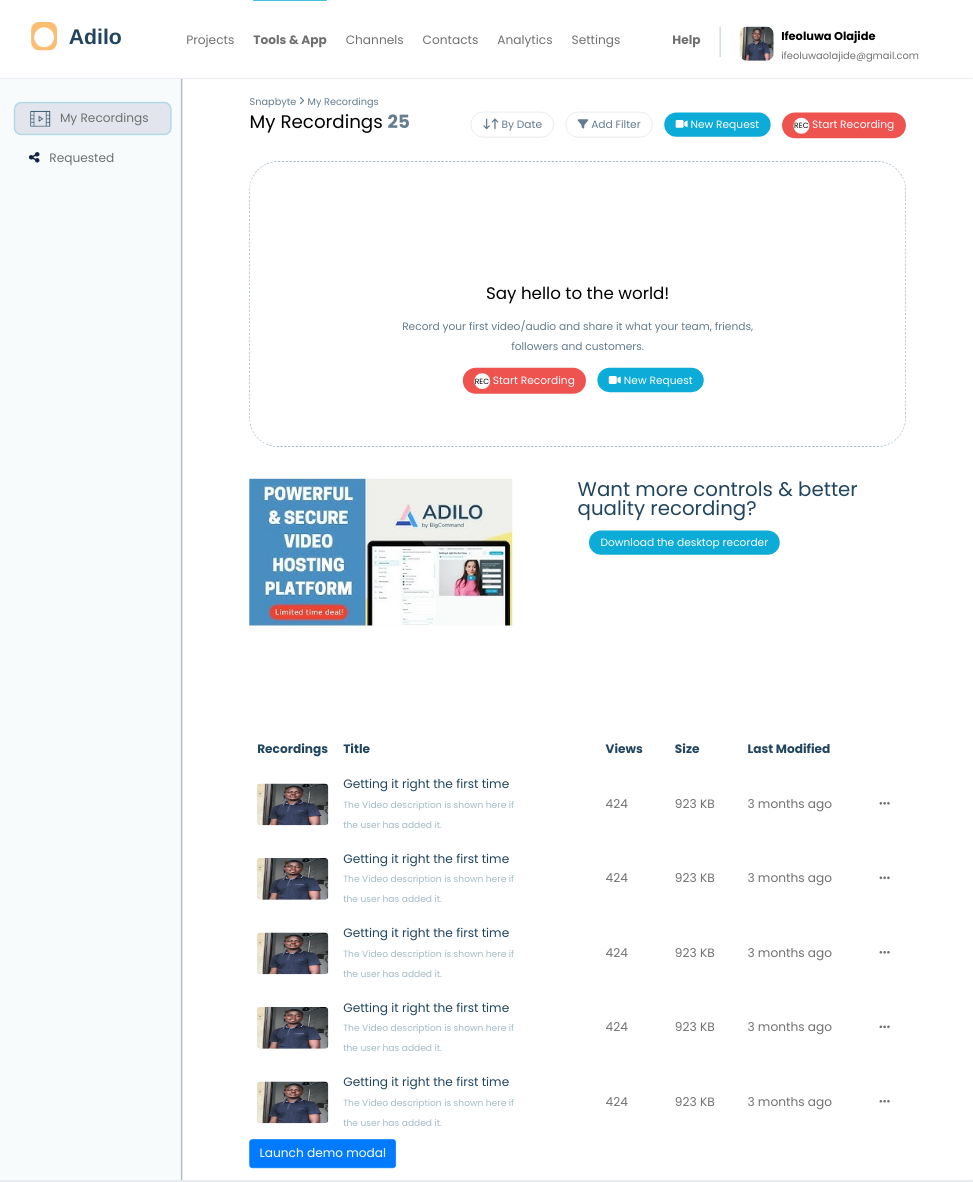
Repository: olhighjay/video_recorder
Page: /
The author's editor kept a copy of each file at every save. The page is drawn from the files as they stood at one save, then again after the next save.
The browser window is 1280 px wide. The pictures show the whole page, at 76% of full size.
Some web libraries are served in a nearby version. The project was rebuilt for these pictures with package versions that can differ from the ones it lists, and the page was loaded fresh each time. Also part of the build but not shown: vue.config.js.

Above is the page before, as saved 2022-07-29 10:18:50.

### public/index.html
<!DOCTYPE html>
<html lang="">
  <head>
    <meta charset="utf-8">
    <meta http-equiv="X-UA-Compatible" content="IE=edge">
    <meta name="viewport" content="width=device-width,initial-scale=1.0">
    <link rel="icon" href="<%= BASE_URL %>favicon.ico">
    <title><%= htmlWebpackPlugin.options.title %></title>
    <link rel="stylesheet" href="https://cdn.jsdelivr.net/npm/bootstrap@4.0.0/dist/css/bootstrap.min.css" integrity="sha384-Gn5384xqQ1aoWXA+058RXPxPg6fy4IWvTNh0E263XmFcJlSAwiGgFAW/dAiS6JXm" crossorigin="anonymous">
    <link rel="stylesheet" href="https://cdnjs.cloudflare.com/ajax/libs/font-awesome/6.1.2/css/all.min.css" integrity="sha512-1sCRPdkRXhBV2PBLUdRb4tMg1w2YPf37qatUFeS7zlBy7jJI8Lf4VHwWfZZfpXtYSLy85pkm9GaYVYMfw5BC1A==" crossorigin="anonymous" referrerpolicy="no-referrer" />
  </head>
  <body>
    <noscript>
      <strong>We're sorry but <%= htmlWebpackPlugin.options.title %> doesn't work properly without JavaScript enabled. Please enable it to continue.</strong>
    </noscript>
    <div id="app"></div>
    <!-- built files will be auto injected -->

    <script src="https://cdnjs.cloudflare.com/ajax/libs/font-awesome/6.1.2/js/all.min.js" integrity="sha512-8pHNiqTlsrRjVD4A/3va++W1sMbUHwWxxRPWNyVlql3T+Hgfd81Qc6FC5WMXDC+tSauxxzp1tgiAvSKFu1qIlA==" crossorigin="anonymous" referrerpolicy="no-referrer"></script>
    <script src="https://code.jquery.com/jquery-3.2.1.slim.min.js" integrity="sha384-KJ3o2DKtIkvYIK3UENzmM7KCkRr/rE9/Qpg6aAZGJwFDMVNA/GpGFF93hXpG5KkN" crossorigin="anonymous"></script>
    <script src="https://cdn.jsdelivr.net/npm/popper.js@1.12.9/dist/umd/popper.min.js" integrity="sha384-ApNbgh9B+Y1QKtv3Rn7W3mgPxhU9K/ScQsAP7hUibX39j7fakFPskvXusvfa0b4Q" crossorigin="anonymous"></script>
    <script src="https://cdn.jsdelivr.net/npm/bootstrap@4.0.0/dist/js/bootstrap.min.js" integrity="sha384-JZR6Spejh4U02d8jOt6vLEHfe/JQGiRRSQQxSfFWpi1MquVdAyjUar5+76PVCmYl" crossorigin="anonymous"></script>
  </body>
</html>

### src/App.vue
<template>
  <!-- <img alt="Vue logo" src="./assets/logo.png"> -->
  <div>
    <navbar></navbar>
    <div id="main-flex">
      <div class="my-sidebar">
        <ul class="my-sidebar-items">
            <li class="sidebar-item-active"> <img src="./assets/video-player.png" alt=""> &nbsp; My Recordings</li>
            <li> <i class="fa fa-share-alt" style="color:#102346"></i> &nbsp; Requested</li>
        </ul>
      </div>
        <div class="my-main">
          <div class="my-main-container">
            <div><small class="breadcrumbs">Snapbyte <i class="fa fa-angle-right" style="font-weight:200"></i> My Recordings</small></div>
            <div class="subheading-tab">
              <div> <span class="my-recordings">My Recordings </span><span class="my-recordings-count">25</span> </div>
              <div>
                <button class="sub-heading-btn white-btn">
                  <i class="fa fa-long-arrow-down" aria-hidden="true"></i>
                  <i class="fa fa-long-arrow-up" aria-hidden="true"></i>
                  By Date
                </button>
                <button class="sub-heading-btn white-btn">
                  <i class="fa-solid fa-filter"></i>
                  Add Filter
                </button>
                <button class="sub-heading-btn blue-btn">
                  <i class="fa fa-video"></i>
                  New Request
                </button>
                <button class="sub-heading-btn red-btn">
                  <span class="rec">REC</span>
                  Start Recording
                </button>
              </div>
            </div>

            <empty-recorded></empty-recorded>

            <data-table></data-table>
            <!-- Button trigger modal -->
<button type="button" class="btn btn-primary" data-toggle="modal" data-target="#recordOptions">
  Launch demo modal
</button>

<!-- Modal -->
<div class="modal fade" id="recordOptions" tabindex="-1" role="dialog" aria-labelledby="recordOptions" aria-hidden="true">
  <div class="modal-dialog modal-dialog-centered" role="document">
    <div class="modal-content">
      <div class="modal-header">
        <h5 class="my-modal-title">New Recording</h5>
        <button type="button" class="close" data-dismiss="modal" aria-label="Close">
          <span aria-hidden="true"><i class="fa fa-xmark"></i></span>
        </button>
      </div>
      <div class="modal-body">
        <p class="save-in">Save the recording in</p>
        <div>
          <select class="save-option">
            <Option value="" key="">Select a project</Option>
            <Option value="" key="">Project 1</Option>
            <Option value="" key="">Project 2</Option>
            <Option value="" key="">Project 3</Option>
            <Option value="" key="">Project 4</Option>
          </select>
        </div>
        <div style="margin-top: 35px;">
          <div class="record">
            <div class="record-name">Record screen</div>
            <div class="record-switch">
              <label class="switch">
                <input type="checkbox">
                <span class="slider round"></span>
              </label>
            </div>
          </div>
          <div class="record">
            <div class="record-name">Record camera</div>
            <div class="record-switch">
              <label class="switch">
                <input type="checkbox">
                <span class="slider round"></span>
              </label>
            </div>
          </div>
          <div class="record">
            <div class="record-name">Record mic</div>
            <div class="record-switch">
              <label class="switch">
                <input type="checkbox">
                <span class="slider round"></span>
              </label>
            </div>
          </div>
        </div>
      </div>
      <div class="text-center">
        <button type="button" class="start-recording-btn">Start Recording</button>
      </div>
    </div>
  </div>
</div>
          </div>
        </div>
    </div>
  </div>
</template>

<script>
// import HelloWorld from './components/HelloWorld.vue'
import Navbar from './layouts/Navbar.vue'
import DataTable from '@/components/DataTable'
import EmptyRecorded from '@/components/EmptyRecorded'

export default {
  name: 'App',
  components: {
    Navbar,
    DataTable,
    EmptyRecorded
  }
}
</script>


<style>
 @import url('https://fonts.googleapis.com/css2?family=Poppins:wght@400;500;700&display=swap');

#main-flex {
  display: flex;
  width: 100%;
}

.my-sidebar {
  flex: 0 0 240px;
  /* width: 20%; */
  /* height: 100%; */
  background-color: #ebf2f656;
  border-right: 2px solid #21455e54;
  /* border-right: 2px solid #21455E; */
  /* width:250px; */
}
.my-sidebar-items {
  list-style: none;
  padding: 20px 0;
}
.my-sidebar-items>li {
  margin : 10px 12px 10px 18px;
  padding: 7px 20px ;
}
.sidebar-item-active {
  background-color: #E2E5ED;
  border: 2px solid #0DABD838;
  border-radius: 10px;
}





.my-main {
  flex: 1;
  flex-wrap: wrap;
}
.my-main-container {
  padding: 1.5% 8.5%;
}
.subheading-tab {
  display: flex;
  justify-content: space-between;
}
.sub-heading-btn {
  padding: 3px 15px;
  border-radius: 20px;
  margin-left: 15px;
  font-size: 14px;
}
.white-btn {
  border: 1px solid #E2E5ED;
  background-color: white;
  color: #637C8E;
}
.blue-btn {
  border: none;
  background-color: #0DABD8;
  color: #fff;
}
.red-btn {
  border: none;
  background-color: #EF5350;
  color: #fff;
}
.my-recordings, .my-recordings-count {
  font-size: 24px;
  color: #000
}
.my-recordings {
  color: #000
}
.my-recordings-count {
  color: #637C8E;
  font-weight: 600;
}
.breadcrumbs {
  color:#637C8E;
}
.rec {
  color:#000;
  background-color:#fff;
  border-radius:50%;
  padding:3px 1px;
  font-size:10px;
}



.save-option {
  width:100%;
  background: #F8FAFB 0% 0% no-repeat padding-box;
  border: 1px solid #E2E5ED;
  border-radius: 8px;
  padding:8px 20px;
}
.modal-dialog {
  max-width: 400px !important;
}
.modal-content {
  padding-bottom: 30px !important;
}
.modal-body {
  padding:30px !important;
}
.my-modal-title {
  color:#000;
  font-size: 22px;
  padding-left: 14px;
}
.record {
  margin-top: 15px;
  display: flex;
  justify-content: space-between;
}
.record-name {
  color: #21455E;
  font-size: 18px;
}
.save-in {
  color:black;
  font-size:16px;
}
.start-recording-btn {
  background: #0DABD8 0% 0% no-repeat padding-box;
  border-radius: 28px;
  font-size:18px;
  padding:5px 55px;
  border: none;
  color:#fff;
}


.switch {
  position: relative;
  top: 10px;
  display: inline-block;
  width: 50px;
  height: 13px;
}

.switch input {
  opacity: 0;
  width: 0;
  height: 0;
}

.slider {
  position: absolute;
  cursor: pointer;
  top: -10px;
  left: 0;
  right: 0;
  bottom: 0;
  background-color: #ccc;
  -webkit-transition: .4s;
  transition: .4s;
}

.slider:before {
  position: absolute;
  content: "";
  height: 15px;
  width: 15px;
  left: 4px;
  bottom: 4px;
  background-color: white;
  -webkit-transition: .4s;
  transition: .4s;
}

input:checked + .slider {
  background-color: #1bd85a;
}

input:focus + .slider {
  box-shadow: 0 0 1px #1bd85a;
}

input:checked + .slider:before {
  -webkit-transform: translateX(26px);
  -ms-transform: translateX(26px);
  transform: translateX(26px);
}

/* Rounded sliders */
.slider.round {
  border-radius: 34px;
}

.slider.round:before {
  border-radius: 50%;
}


#app {
  font-family: Avenir, Helvetica, Arial, sans-serif;
  font: normal normal normal 14px/26px Poppins;
  -webkit-font-smoothing: antialiased;
  -moz-osx-font-smoothing: grayscale;
   /* text-align: center; */
   font-size: 16px;
  color: #707070;
  border-bottom: solid 2px #E2E5ED;
  overflow: hidden;
  /* margin-top: 60px;  */
}


</style>

### src/layouts/Navbar.vue
<template>
    <nav class="">
      <div class="nav-logo-area">
        <div class="nav-logo-area-inner">
          <div class="white-logo-wrap">
            <span class="white-logo-bkg">
            <img alt="Adilo logo" src="../assets/swarm.png">
            </span>
          </div>
          <div class="adilo">Adilo</div>
        </div>
      </div>
      <div class="nav-tab">
        <ul class="my-nav-list">
          <li><a>Projects</a></li>
          <li class="active-nav-item"> <a>Tools & App</a></li>
          <li><a>Channels</a></li>
          <li><a>Contacts</a></li>
          <li><a>Analytics</a></li>
          <li><a>Settings</a></li>
        </ul>
      </div>
      <div class="nav-profile">
        <ul class="my-nav-list">
          <li><a><b>Help</b></a></li>
        </ul>
        <div class="profile-info">
          <div class="profile-border"></div>
          <div >
            <img alt="Profile Image" src="../assets/profile.jpg" class="profile-img">
          </div>
          <div style="margin-left:10px">
            <span class="profile-name">Ifeoluwa Olajide </span>
            <p class="profile-email">ifeoluwaolajide@gmail.com</p>
          </div>
        </div>
      </div>
    </nav>
</template>
<script>
export default {
    name: 'NavbarComponent'
}
</script>
<style>
     nav {
    display: flex;
    /* height: 69px; */
    padding: 0 0.032%;
    border-bottom: solid 1px #E2E5ED;
  }

  .nav-logo-area {
    flex: 0 0 16%;
    padding-left: 3.2%;
    padding-top: 19px;
    padding-bottom: 27px;
  }
  .nav-logo-area-inner {
    display: flex;
  }
  .nav-tab {
    flex: 0 0 50%;
  }
  .nav-profile {
    flex: 0 0 34%;
    display: flex;
  }
  .my-nav-list {
    list-style: none;
    padding-top: 40px;
  }
  .my-nav-list>li {
    display: inline;
    margin-right: 25px;
    padding-top: 40px;
  }
  .my-nav-list>li>a {
    text-align: left;
    /* font: normal normal normal 18px/27px Poppins; */
    letter-spacing: 0px;
    color: #707070;
    opacity: 1
  }
  .white-logo-wrap {
    padding-top:16px;
  }
  .white-logo-bkg {
    background-color:#FBBD71;
    padding:7px 4px;
    border-radius:10px;
  }
  .adilo {
    font: normal normal bold 28px/32px Helvetica;
    font-size:28px;
    margin-left:15px;
    font-weight:bold;
    color:#21455E;
    padding-top:14px;
  }
  .profile-info {
    padding-top:35px;
    display:flex;
  }
  .active-nav-item {
    border-top: 6px solid #0DABD8;
    font-weight: 600;
  }
  .profile-border {
    border-left: 1px solid #A3BAC6;
    padding-left:25px;
    height:40px;
  }
  .profile-img {
    width:45px; height: 45px;
    border-radius:10px;
  }
  .profile-name {
    font-weight:bold;
    font-size:15px;
    color:black;
  }
  .profile-email {
    font-size:13px;
  }
</style>

### src/components/DataTable.vue
<template>
    <div class="table-responsive-xl" style="margin-top:46.1px">
        <table class="">
        <thead>
            <tr >
            <th scope="col" class="my-table-title">Recordings</th>
            <th scope="col" class="my-table-title" colspan="3">Title</th>
            <th scope="col" style="width:10%"></th>
            <th scope="col" class="my-table-title">Views</th>
            <th scope="col" class="my-table-title">Size</th>
            <th scope="col" class="my-table-title">Last Modified</th>
            <th scope="col" class="my-table-title"></th>
            </tr>
        </thead>
        <tbody>
            <tr>
            <td style="width:13%; ">
                <img alt="Profile Image" src="../assets/profile.jpg" class="table-profile-image">
            </td>
            <td style="width:30%" colspan="3">
                <span class="row-col-txt">Getting it right the first time </span> <br />
                <span class="row-col-subtxt">The Video description is shown here if the user has added it. </span>
            </td>
            <td style="width:10%">
            </td>
            <td>424</td>
            <td>923 KB</td>
            <td>3 months ago</td>
            <td><i class="fa fa-ellipsis-h"></i></td>
            </tr>
            <tr>
            <td style="width:13%; ">
                <img alt="Profile Image" src="../assets/profile.jpg" class="table-profile-image">
            </td>
            <td style="width:30%" colspan="3">
                <span class="row-col-txt">Getting it right the first time </span> <br />
                <span class="row-col-subtxt">The Video description is shown here if the user has added it. </span>
            </td>
            <td style="width:10%">
            </td>
            <td>424</td>
            <td>923 KB</td>
            <td>3 months ago</td>
            <td><i class="fa fa-ellipsis-h"></i></td>
            </tr>
            <tr>
            <td style="width:13%; ">
                <img alt="Profile Image" src="../assets/profile.jpg" class="table-profile-image">
            </td>
            <td style="width:30%" colspan="3">
                <span class="row-col-txt">Getting it right the first time </span> <br />
                <span class="row-col-subtxt">The Video description is shown here if the user has added it. </span>
            </td>
            <td style="width:10%">
            </td>
            <td>424</td>
            <td>923 KB</td>
            <td>3 months ago</td>
            <td><i class="fa fa-ellipsis-h"></i></td>
            </tr>
            <tr>
            <td style="width:13%; ">
                <img alt="Profile Image" src="../assets/profile.jpg" class="table-profile-image">
            </td>
            <td style="width:30%" colspan="3">
                <span class="row-col-txt">Getting it right the first time </span> <br />
                <span class="row-col-subtxt">The Video description is shown here if the user has added it. </span>
            </td>
            <td style="width:10%">
            </td>
            <td>424</td>
            <td>923 KB</td>
            <td>3 months ago</td>
            <td><i class="fa fa-ellipsis-h"></i></td>
            </tr>
            <tr>
            <td style="width:13%; ">
                <img alt="Profile Image" src="../assets/profile.jpg" class="table-profile-image">
            </td>
            <td style="width:30%" colspan="3">
                <span class="row-col-txt">Getting it right the first time </span> <br />
                <span class="row-col-subtxt">The Video description is shown here if the user has added it. </span>
            </td>
            <td style="width:10%">
            </td>
            <td>424</td>
            <td>923 KB</td>
            <td>3 months ago</td>
            <td><i class="fa fa-ellipsis-h"></i></td>
            </tr>
        </tbody>
        </table>
    </div>
</template>

<style>
    table  {
  border-spacing: 300px !important;
}
th, td {
  padding: 10px;
}
.my-table-title {
  text-align: left;
  font: normal normal medium 18px/27px Poppins;
  letter-spacing: 0px;
  color: #21455E;
}
.row-col-txt {
  color:#21455E
}
.row-col-subtxt {
  text-align: left;
  font: normal normal normal 12px/18px Poppins;
  letter-spacing: 0px;
  color: #A3BAC6;
  line-height: 0;
}
.table-profile-image {
  width:100%;
  height:55px;
  border-radius:5px;
}
</style>

### src/components/EmptyRecorded.vue
<template>
    <div style="border: 1px dashed #A3BAC6; margin-top:30px;
        border-radius: 38px;
        opacity: 1; padding-top:105.9px; padding-bottom:68.5px">
        <p style="color: #000; font-size: 22px; text-align:center; font-weight:medium; margin-top:56px">Say hello to the world!</p>
        <p style="color: #637C8E; font-size: 14px; text-align:center;">Record your first video/audio and share it what your team, friends, <br />followers and customers.</p>
        <div class="text-center">
        <button class="sub-heading-btn red-btn">
            <span class="rec">REC</span>
            Start Recording
        </button>
        <button class="sub-heading-btn blue-btn">
            <i class="fa fa-video"></i>
            New Request
        </button>
        </div>
    </div>
    <div class="footer" style="margin-top:42px; margin-bottom: 140px">
        <div class="advert">
            <img alt="Advert" src="../assets/hqdefault.jpg" style="width:80%">
        </div>
        <div>
        <p style="font-size: 26px; color:#21455E">Want more controls & better <br />quality recording?</p>
        <button class="sub-heading-btn blue-btn">Download the desktop recorder</button>
        </div>
    </div>
</template>

<style >
    .footer {
        display: flex;
    }
    .advert {
        flex-basis: 50%;
    }
</style>

Loaded but not shown: src/main.js (common file)

After the next save:
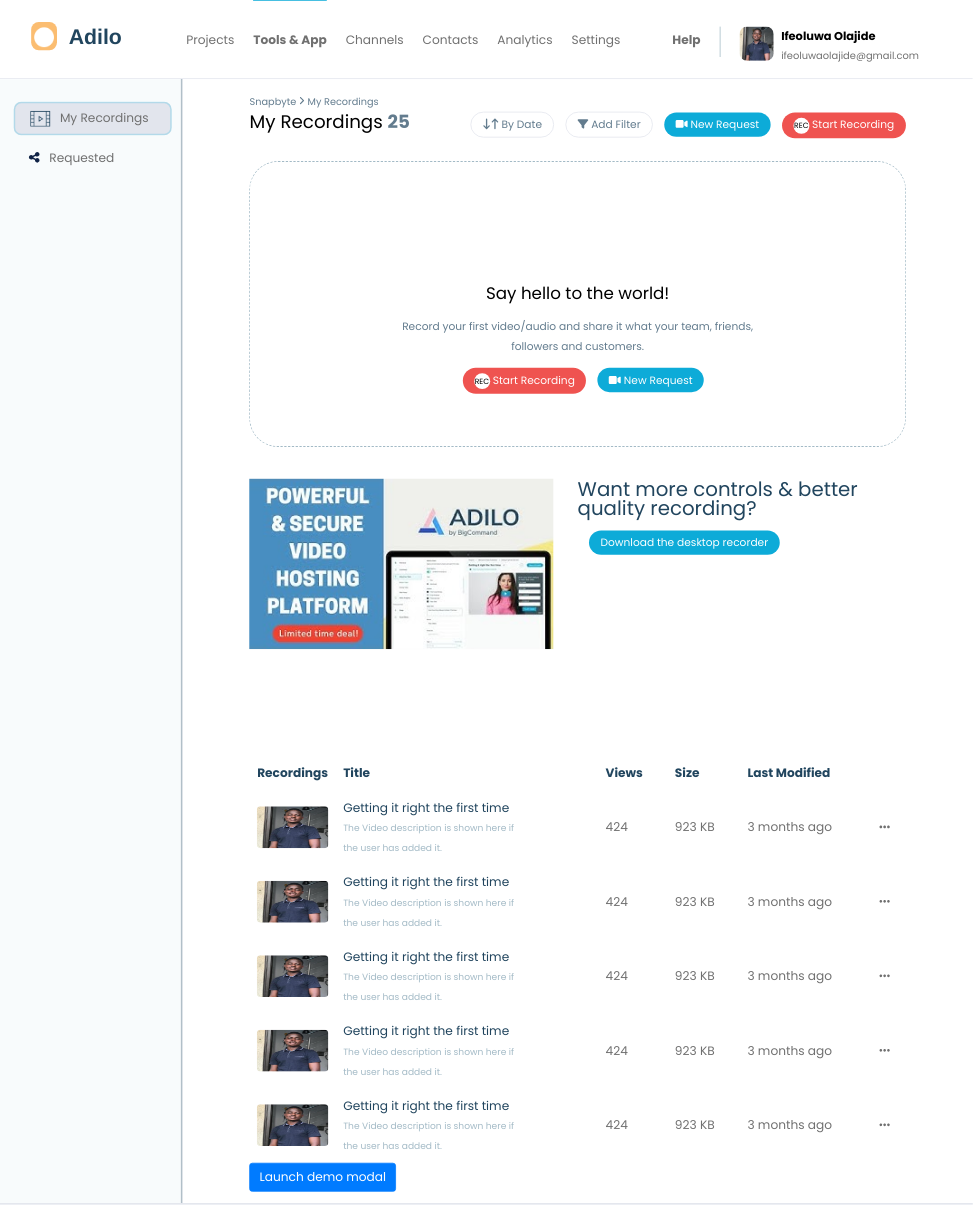
Saved 31 s later.
--- a/src/components/EmptyRecorded.vue
+++ b/src/components/EmptyRecorded.vue
@@ -17,7 +17,7 @@
     </div>
     <div class="footer" style="margin-top:42px; margin-bottom: 140px">
         <div class="advert">
-            <img alt="Advert" src="../assets/hqdefault.jpg" style="width:80%">
+            <img alt="Advert" src="../assets/hqdefault.jpg" style="width:400px">
         </div>
         <div>
         <p style="font-size: 26px; color:#21455E">Want more controls & better <br />quality recording?</p>
